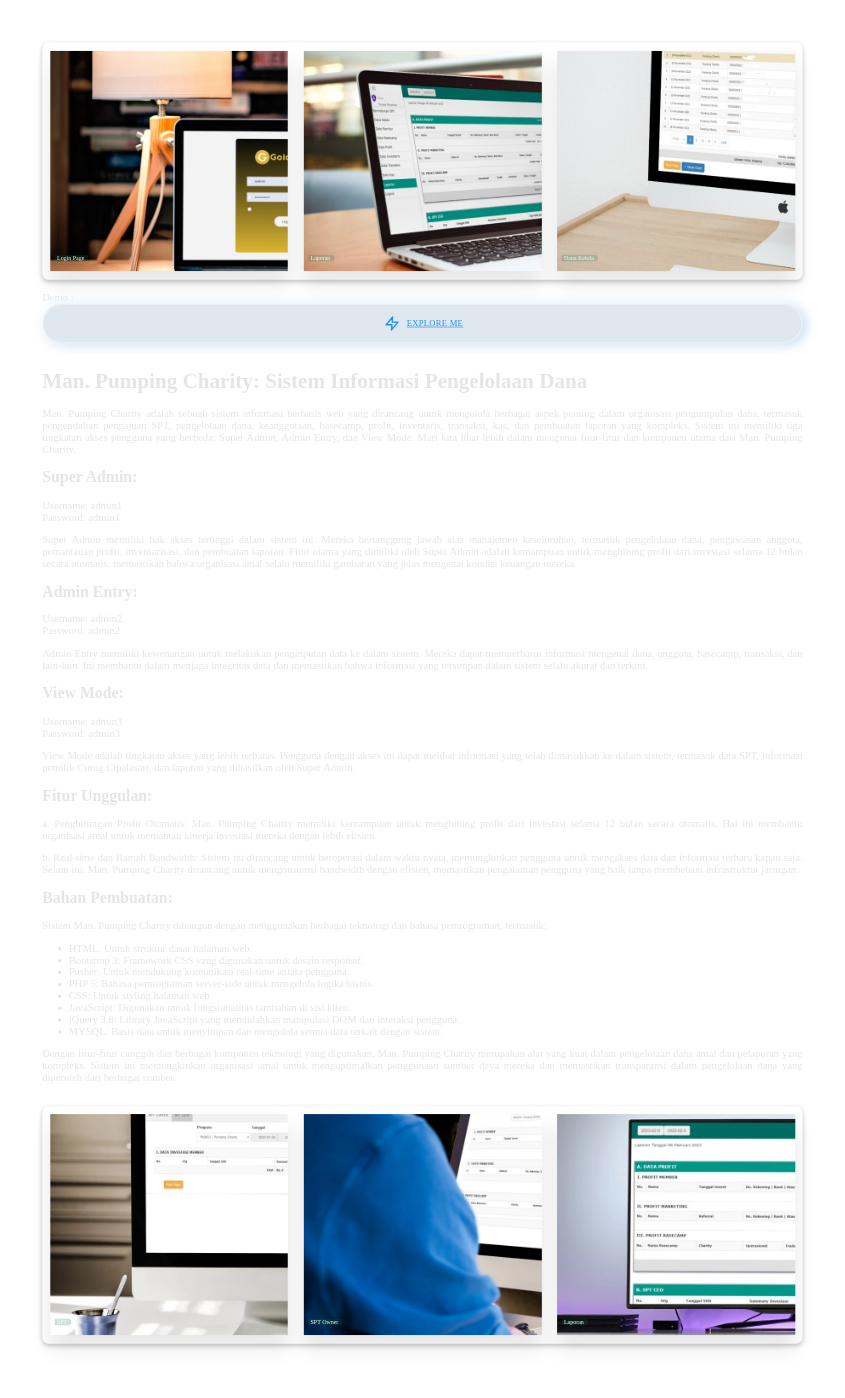
Repository: yusup-maulana/yusup-maulana.github.io
Page: portofolio-manpumping.html
An editor plug-in stored every save of this project. The page is shown before and after a run of saves, followed by the edit.
The browser window is 1280 px wide. The pictures show the whole page, at 66% of full size.
Some web fonts or font styles are not loaded; a fallback is used.

Above is the page before, as saved 2023-10-06 21:36:14.

After the next 2 saves:
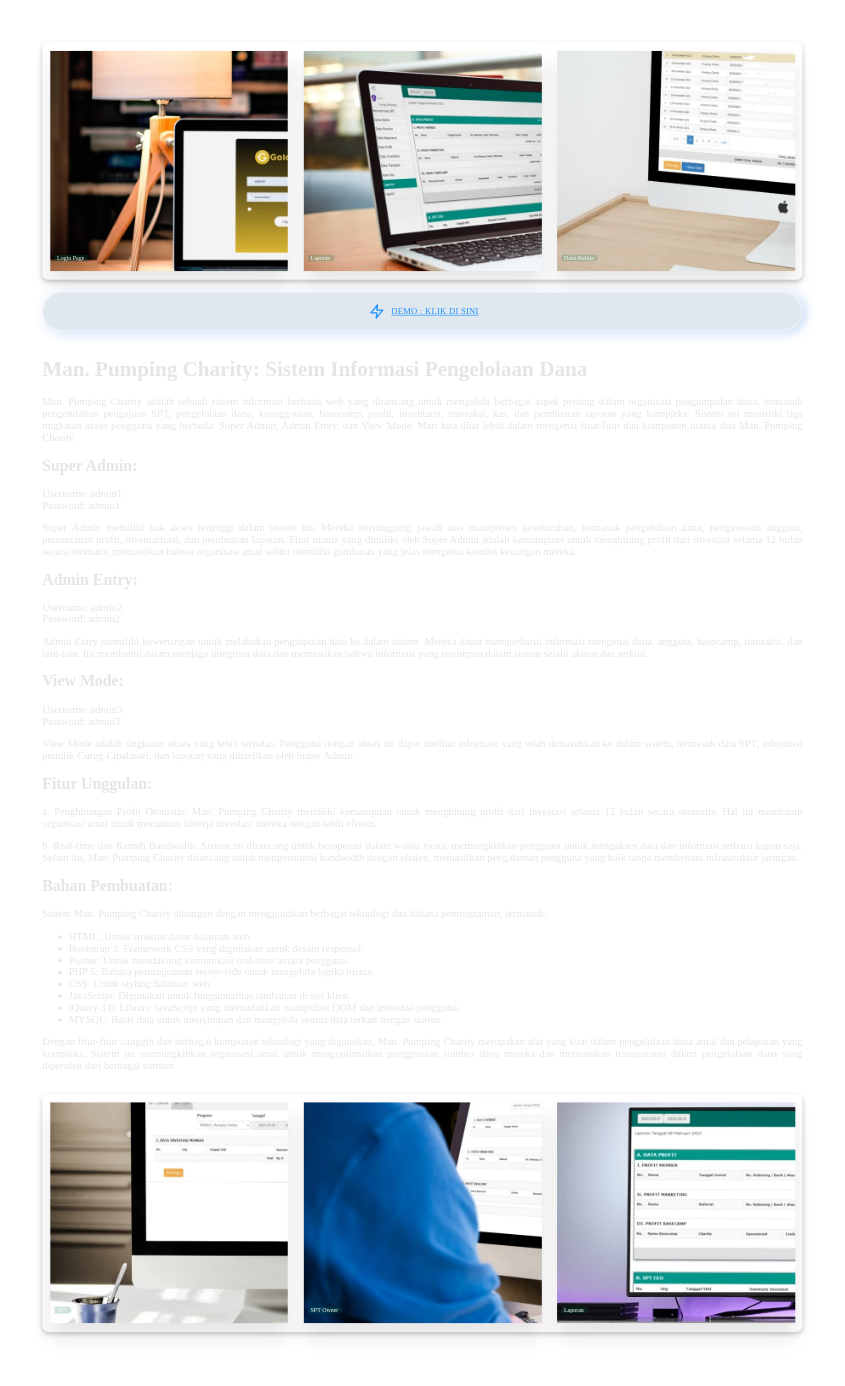
The 2 saves are shown as one change because they came seconds apart.
The last was saved 23 s later.
--- a/portofolio-manpumping.html
+++ b/portofolio-manpumping.html
@@ -147,7 +147,6 @@
 <br />
 
 <body class="body2">
-  Demo :
   <a
     class="btn-portofolio"
     target="_blank"
@@ -166,7 +165,7 @@
     >
       <polygon points="13 2 3 14 12 14 11 22 21 10 12 10 13 2"></polygon>
     </svg>
-    Explore me </a
+    Demo : Klik di sini </a
   ><br />
   <h1>Man. Pumping Charity: Sistem Informasi Pengelolaan Dana</h1>
   <p>
